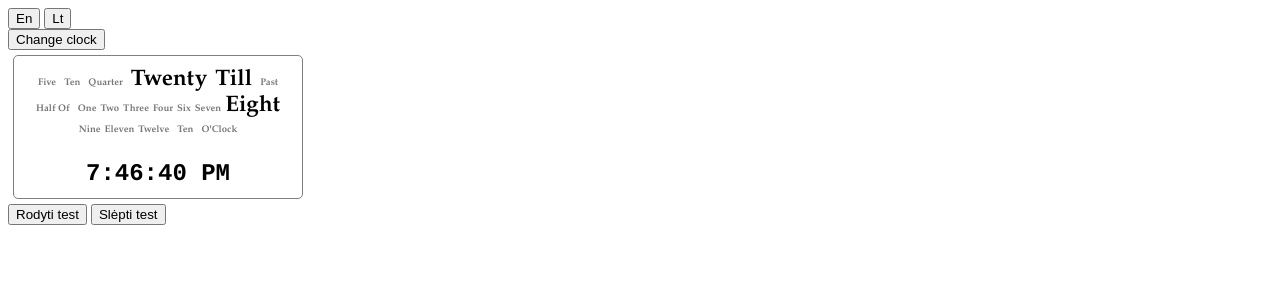
Repository: Skaidrius/WordClock
Page: index.html
The author's editor kept a record of every edit. The page is drawn from the files as they stood at one moment, then again after the next edit.
The browser window is 1280 px wide. The pictures show the whole page.
Some web libraries are served in a nearby version.

Above is the page before.

After the next edit:
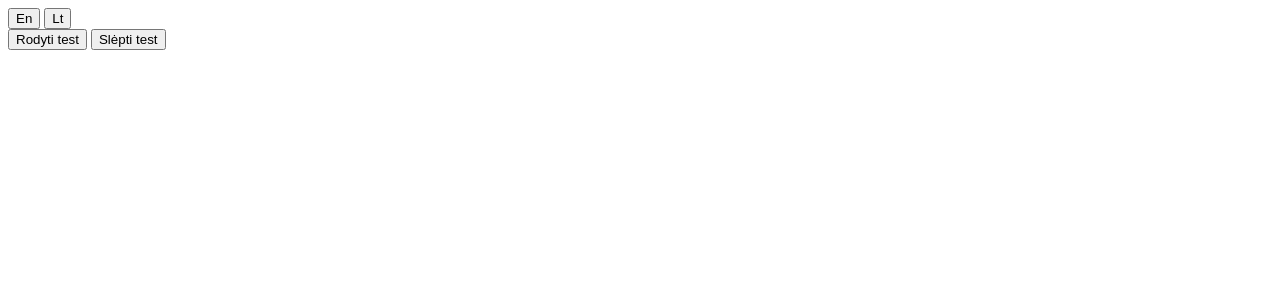
The edit:
--- a/index.html
+++ b/index.html
@@ -16,7 +16,7 @@
         <show-big-clock></show-big-clock>
     </div>
 
-    <div ng-controller="DataControllerEn" ng-init="init();">
+    <div ng-show="en" ng-controller="DataControllerEn" ng-init="init();">
         <button ng-click="changeClass()">Change clock</button><br>
 
         <show-big-clock-en></show-big-clock-en>
